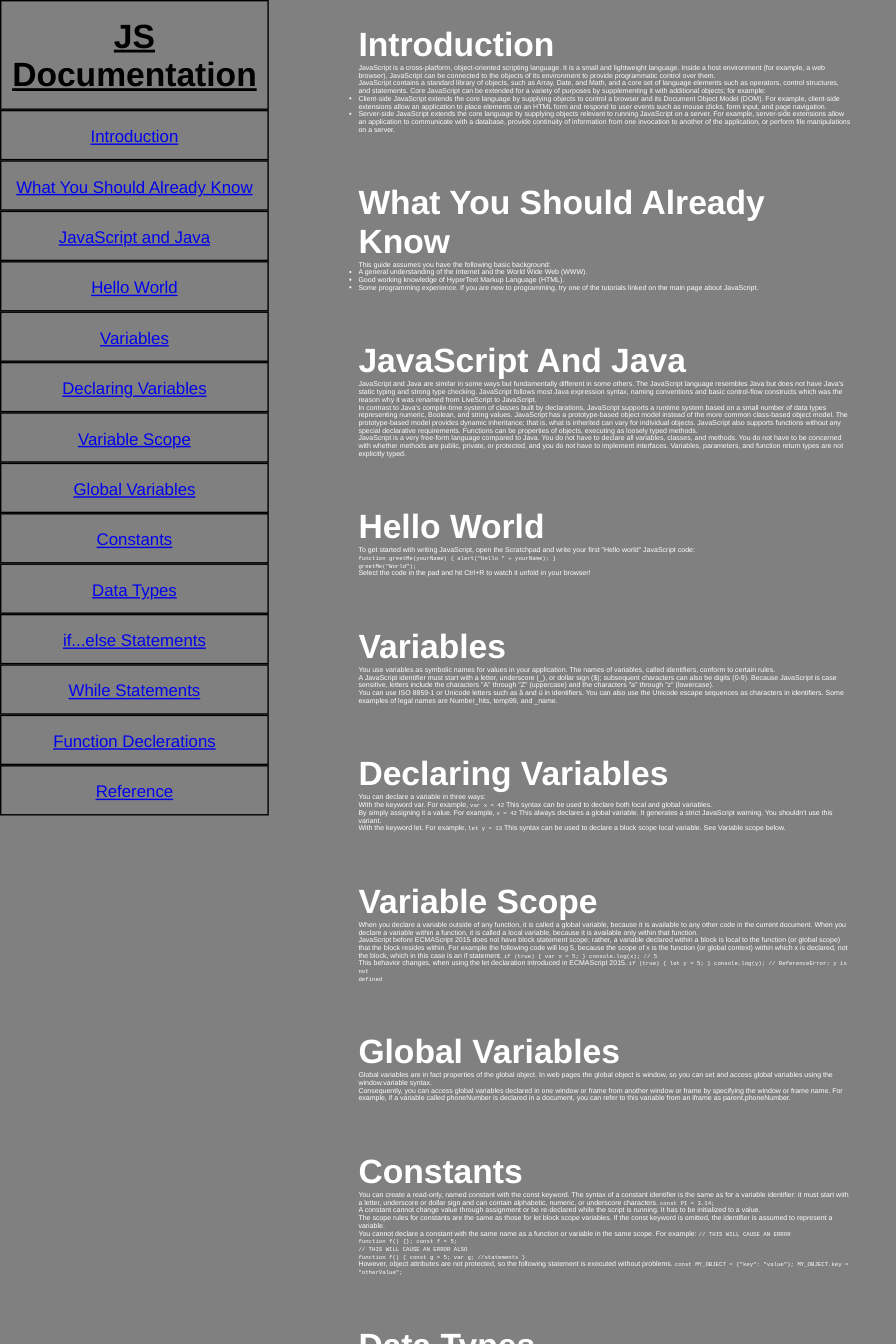
Repository: ctcoleman/technicalDocumentationPage
Page: index.html
These files come from the project's save history. The page is drawn as it stood at one moment and after the next save; the edit follows.
The browser window is 1280 px wide. The pictures show the part of the page from y = 0 to 1920 px (the page is 2867 px tall), at 70% of full size.

Above is the page before, as saved 2020-07-10 20:02:00.

### index.html
<!DOCTYPE html>
<html lang="en">

<head>
  <meta charset="UTF-8">
  <meta name="viewport" content="width=device-width, initial-scale=1.0">
  <title>FCC: Technical Documentation Page</title>
  <link type="text/css" rel="stylesheet" href="/assets/stylesheets/style.css">
</head>

<body>

  <nav id="navbar">
    <header id="main-heading">
      <h1>JS Documentation</h1>
    </header>
    <div class="nav-container">
      <a class="nav-link" href="#introduction">Introduction</a>
      <a class="nav-link" href="#what_you_should_already_know">What You Should Already Know</a>
      <a class="nav-link" href="#javaScript_and_java">JavaScript and Java</a>
      <a class="nav-link" href="#hello_world">Hello World</a>
      <a class="nav-link" href="#variables">Variables</a>
      <a class="nav-link" href="#declaring_variables">Declaring Variables</a>
      <a class="nav-link" href="#variable_scope">Variable Scope</a>
      <a class="nav-link" href="#global_variables">Global Variables</a>
      <a class="nav-link" href="#constants">Constants</a>
      <a class="nav-link" href="#data_types">Data Types</a>
      <a class="nav-link" href="#if...else_statements">if...else Statements</a>
      <a class="nav-link" href="#while_statements">While Statements</a>
      <a class="nav-link" href="#function_declerations">Function Declerations</a>
      <a class="nav-link" href="#reference">Reference</a>
    </div>
  </nav>

  <main id="main-doc">

    <section class="main-section" id="introduction">
      <header class="topic-header">
        <h2>Introduction</h2>
      </header>
      <article>
        <p>
          JavaScript is a cross-platform, object-oriented scripting language. It is a small and lightweight language.
          Inside a host environment (for example, a web browser), JavaScript can be connected to the objects of its
          environment to provide programmatic control over them.
        </p>
        <p>
          JavaScript contains a standard library of objects, such as Array, Date, and Math, and a core set of language
          elements such as operators, control structures, and statements. Core JavaScript can be extended for a variety
          of purposes by supplementing it with additional objects; for example:
        <ul>
          <li>Client-side JavaScript extends the core language by supplying objects to control a browser and its
            Document Object Model (DOM). For example, client-side extensions allow an application to place elements on
            an HTML form and respond to user events such as mouse clicks, form input, and page navigation.</li>
          <li>Server-side JavaScript extends the core language by supplying objects relevant to running JavaScript on a
            server. For example, server-side extensions allow an application to communicate with a database, provide
            continuity of information from one invocation to another of the application, or perform file manipulations
            on a server.</li>
        </ul>
        </p>
      </article>
    </section>

    <section class="main-section" id="what_you_should_already_know">
      <header class="topic-header">
        <h2>What You Should Already Know</h2>
      </header>
      <article>
        <p>
          This guide assumes you have the following basic background:
        <ul>
          <li>A general understanding of the Internet and the World Wide Web (WWW).
          </li>
          <li>Good working knowledge of HyperText Markup Language (HTML).
          </li>
          <li>Some programming experience. If you are new to programming, try one of the tutorials linked on the main
            page about JavaScript.
          </li>
        </ul>
        </p>
      </article>
    </section>

    <section class="main-section" id="javaScript_and_java">
      <header class="topic-header">
        <h2>JavaScript And Java</h2>
      </header>
      <article>
        <p>
          JavaScript and Java are similar in some ways but fundamentally different in some others. The JavaScript
          language resembles Java but does not have Java's static typing and strong type checking. JavaScript follows
          most Java expression syntax, naming conventions and basic control-flow constructs which was the reason why it
          was renamed from LiveScript to JavaScript.
        </p>
        <p>
          In contrast to Java's compile-time system of classes built by declarations, JavaScript supports a runtime
          system based on a small number of data types representing numeric, Boolean, and string values. JavaScript has
          a prototype-based object model instead of the more common class-based object model. The prototype-based model
          provides dynamic inheritance; that is, what is inherited can vary for individual objects. JavaScript also
          supports functions without any special declarative requirements. Functions can be properties of objects,
          executing as loosely typed methods.
        </p>
        <p>
          JavaScript is a very free-form language compared to Java. You do not have to declare all variables, classes,
          and methods. You do not have to be concerned with whether methods are public, private, or protected, and you
          do not have to implement interfaces. Variables, parameters, and function return types are not explicitly
          typed.
        </p>
      </article>
    </section>

    <section class="main-section" id="hello_world">
      <header class="topic-header">
        <h2>Hello World</h2>
      </header>
      <article>
        <p>
          To get started with writing JavaScript, open the Scratchpad and write your first "Hello world" JavaScript
          code:
        </p>
        <code>
          function greetMe(yourName) { alert("Hello " + yourName); }<br>
          greetMe("World");
        </code>
        <p>
          Select the code in the pad and hit Ctrl+R to watch it unfold in your browser!
        </p>
      </article>
    </section>

    <section class="main-section" id="variables">
      <header class="topic-header">
        <h2>Variables</h2>
      </header>
      <article>
        <p>
          You use variables as symbolic names for values in your application. The names of variables, called
          identifiers, conform to certain rules.
        </p>
        <p>
          A JavaScript identifier must start with a letter, underscore (_), or dollar sign ($); subsequent characters
          can also be digits (0-9). Because JavaScript is case sensitive, letters include the characters "A" through "Z"
          (uppercase) and the characters "a" through "z" (lowercase).
        </p>
        <p>
          You can use ISO 8859-1 or Unicode letters such as å and ü in identifiers. You can also use the Unicode escape
          sequences as characters in identifiers. Some examples of legal names are Number_hits, temp99, and _name.
        </p>
      </article>
    </section>

    <section class="main-section" id="declaring_variables">
      <header class="topic-header">
        <h2>Declaring Variables</h2>
      </header>
      <article>
        <p>
          You can declare a variable in three ways:
        </p>
        <p>
          With the keyword var. For example,
          <code> var x = 42</code>
          This syntax can be used to declare both local and global variables.
        </p>
        <p>
          By simply assigning it a value. For example,
          <code>x = 42</code>
          This always declares a global variable. It generates a strict JavaScript warning. You shouldn't use this
          variant.
        </p>
        <p>
          With the keyword let. For example,
          <code>let y = 13</code>
          This syntax can be used to declare a block scope local variable. See Variable scope below.
        </p>
      </article>
    </section>

    <section class="main-section" id="variable_scope">
      <header class="topic-header">
        <h2>Variable Scope</h2>
      </header>
      <article>
        <p>
          When you declare a variable outside of any function, it is called a global variable, because it is available
          to any other code in the current document. When you declare a variable within a function, it is called a local
          variable, because it is available only within that function.
        </p>
        <p>
          JavaScript before ECMAScript 2015 does not have block statement scope; rather, a variable declared within a
          block is local to the function (or global scope) that the block resides within. For example the following code
          will log 5, because the scope of x is the function (or global context) within which x is declared, not the
          block, which in this case is an if statement.
          <code>if (true) { var x = 5; } console.log(x); // 5</code>
        </p>
        <p>
          This behavior changes, when using the let declaration introduced in ECMAScript 2015.
          <code>if (true) { let y = 5; } console.log(y); // ReferenceError: y is not<br>
          defined</code>
        </p>
      </article>
    </section>

    <section class="main-section" id="global_variables">
      <header class="topic-header">
        <h2>Global Variables</h2>
      </header>
      <article>
        <p>
          Global variables are in fact properties of the global object. In web pages the global object is window, so you
          can set and access global variables using the window.variable syntax.
        </p>
        <p>
          Consequently, you can access global variables declared in one window or frame from another window or frame by
          specifying the window or frame name. For example, if a variable called phoneNumber is declared in a document,
          you can refer to this variable from an iframe as parent.phoneNumber.
        </p>
      </article>
    </section>

    <section class="main-section" id="constants">
      <header class="topic-header">
        <h2>Constants</h2>
      </header>
      <article>
        <p>
          You can create a read-only, named constant with the const keyword. The syntax of a constant identifier is the
          same as for a variable identifier: it must start with a letter, underscore or dollar sign and can contain
          alphabetic, numeric, or underscore characters.
          <code>const PI = 3.14;</code>
        </p>
        <p>
          A constant cannot change value through assignment or be re-declared while the script is running. It has to be
          initialized to a value.
          <br>
          The scope rules for constants are the same as those for let block scope variables. If the const keyword is
          omitted, the identifier is assumed to represent a variable.
          <br>
          You cannot declare a constant with the same name as a function or variable in the same scope. For example:
          <code>
            // THIS WILL CAUSE AN ERROR<br> function f() {}; const f = 5;<br> // THIS WILL
            CAUSE AN ERROR ALSO<br> function f() { const g = 5; var g; //statements
            }
          </code>
        </p>
        <p>
          However, object attributes are not protected, so the following statement is executed without problems.

          <code>
            const MY_OBJECT = {"key": "value"}; MY_OBJECT.key = "otherValue";
          </code>
        </p>
      </article>
    </section>

    <section class="main-section" id="data_types">
      <header class="topic-header">
        <h2>Data Types</h2>
      </header>
      <article>
        <p>
          The latest ECMAScript standard defines seven data types:
        <ul>
          <li>Six data types that are primitives:</li>
          <ul>
            <li>Boolean. true and false.</li>
            <li>null. A special keyword denoting a null value. Because JavaScript is case-sensitive, null is not the
              same as Null, NULL,
              or any other variant.</li>
            <li>undefined. A top-level property whose value is undefined.</li>
            <li>Number. 42 or 3.14159.</li>
            <li>String. "Howdy"</li>
            <li>Symbol (new in ECMAScript 2015). A data type whose instances are unique and immutable.</li>
          </ul>
          <li>and Object</li>
        </ul>
        </p>
        <p>

        </p>
      </article>
    </section>

    <section class="main-section" id="if...else_statements">
      <header class="topic-header">
        <h2>if...else Statements</h2>
      </header>
      <article>
        <p>
        <ul>
          <li></li>
          <li></li>
        </ul>
        </p>
        <p>

        </p>
      </article>
    </section>

    <section class="main-section" id="while_statements">
      <header class="topic-header">
        <h2>While Statements</h2>
      </header>
      <article>
        <p>
          A while statement executes its statements as long as a specified condition evaluates to true. A while
          statement looks as
          follows:
          <code>while (condition) statement</code>
        </p>
        <p>
          If the condition becomes false, statement within the loop stops executing and control passes to the statement
          following the loop.
          <br>
          The condition test occurs before statement in the loop is executed. If the condition returns true, statement
          is executed and the condition is tested again. If the condition returns false, execution stops and control is
          passed to the statement following while.
        </p>
        <p>
          IfTo execute multiple statements, use a block statement ({ ... }) to group those statements.
          <br>
          Example:
          <br>
          The following while loop iterates as long as n is less than three:
          <code>
            var n = 0; var x = 0; while (n < 3) { n++; x +=n; }
          </code>
        </p>
        <p>
          With each iteration, the loop increments n and adds that value to x. Therefore, x and n take on the following
          values:
        <ul>
          <li>
            After the first pass: n = 1 and x = 1\
          </li>
          <li>
            After the second pass: n = 2 and x = 3
          </li>
          <li>
            After the third pass: n = 3 and x = 6
          </li>
        </ul>
        After completing the third pass, the condition n < 3 is no longer true, so the loop terminates. </p>
      </article>
    </section>

    <section class="main-section" id="function_declerations">
      <header class="topic-header">
        <h2>Function Declerations</h2>
      </header>
      <article>
        <p>
          A function definition (also called a function declaration, or function statement) consists of the function
          keyword, followed by:
        <ul>
          <li>The name of the function.</li>
          <li>A list of arguments to the function, enclosed in parentheses and separated by commas.</li>
          <li>The JavaScript statements that define the function, enclosed in curly brackets, { }</li>
        </ul>
        </p>
        For example, the following code defines a simple function named square:
        <code>function square(number) { return number * number; }</code>
        The function square takes one argument, called number. The function consists of one statement that says to
        return the
        argument of the function (that is, number) multiplied by itself. The return statement specifies the value
        returned by
        the function.
        <code>return number * number;</code>

        <p>
          Primitive parameters (such as a number) are passed to functions by value; the value is passed to the function,
          but if the function changes the value of the parameter, this change is not reflected globally or in the
          calling function.
        </p>
      </article>
    </section>

    <section class="main-section" id="reference">
      <header class="topic-header">
        <h2>Reference</h2>
      </header>
      <article>
        <p>
          All the documentation in this page is taken from MDN
          <p />
      </article>
    </section>

    <footer id="footer-wrapper">
      <span>Copywright &copy; Coleman Sites</span>
    </footer>
  </main>
  <script src="https://cdn.freecodecamp.org/testable-projects-fcc/v1/bundle.js"></script>
</body>

</html>

### assets/stylesheets/style.css
/** Basic Styling **/
* {
  margin: 0;
  padding: 0;
  outline: 0;
  box-sizing: border-box;
}

body {
 background: grey;
 color: white;
 -webkit-font-smoothing: antialiased;
 display: flex;
}

body,
input,
button {
 font-size: 62.5%;
 font-family: 'Helvetica';
}

button {
 cursor: pointer;
}

/** NavBar Styling **/
#navbar {
  width: 30vw;
}

/** Heading Stying **/

#main-heading {
  padding: 3vh 1vw;
  width: 30vw;
  text-align: center;
  text-decoration: underline;
  color: black;
  border: 2px solid black;
}

#main-heading h1 {
  font-size: 3rem;
}

/** Navigation Links Styling **/

.nav-container {
  text-align: center;
  position: fixed;
  left: 0;
  display: flex;
  flex-direction: column;
}

.nav-container .nav-link {
  display: inline-block;
  width: 30vw;
  height: 10vh;
  padding: 3vh 1vw;
  border: 2px solid black;
  font-size: 1.5rem;
}

/** Main Content Styling **/

#main-doc {
  display: flex;
  flex-direction: column;
}

.main-section {
  padding: 5vh 5vw;
  width: 65vw;
  margin-left: 5vw;
}

.main-section .topic-header {
  font-size: 2rem;
}
/** Footer Styling **/

After the next save:
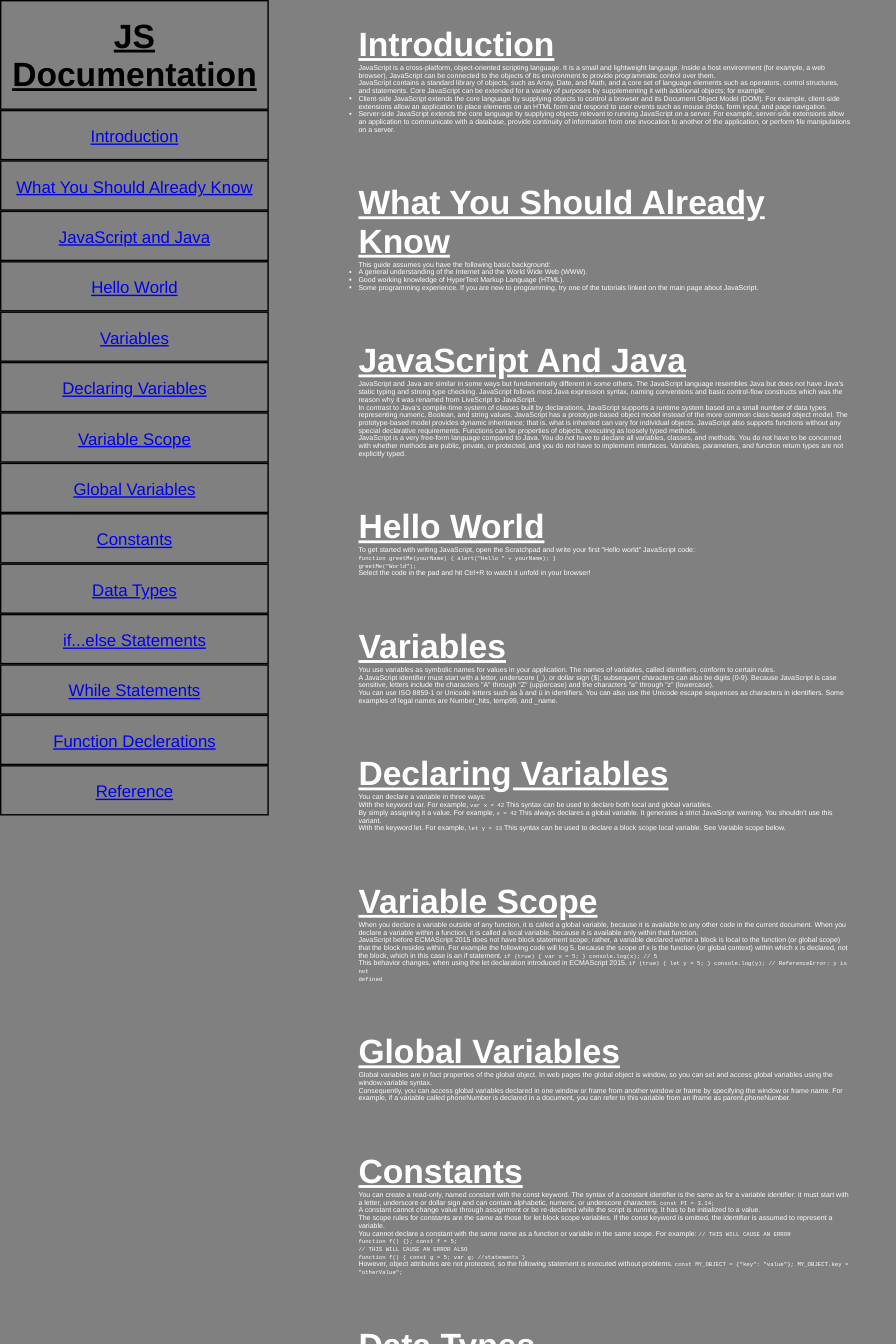
Saved 8 s later.
--- a/assets/stylesheets/style.css
+++ b/assets/stylesheets/style.css
@@ -78,5 +78,6 @@ button {
 
 .main-section .topic-header {
   font-size: 2rem;
+  text-decoration: underline;
 }
 /** Footer Styling **/
